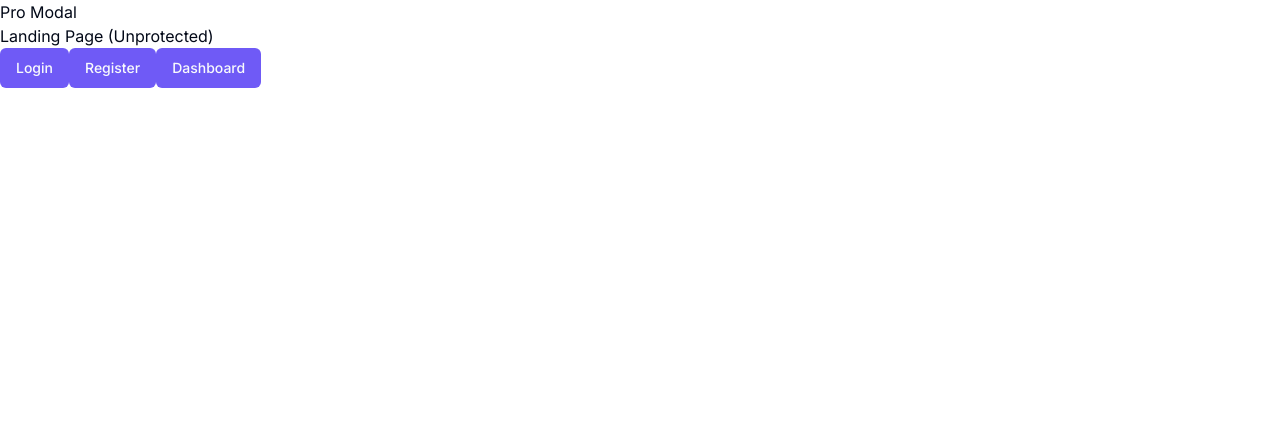
Repository: tathagat22/NeoSynth
Page: /
These files come from the project's save history. The page is drawn as it stood at one moment and after the next save; the edit follows.
The browser window is 1280 px wide. The pictures show the whole page.
The project was rebuilt for these pictures with package versions that can differ from the ones it lists, and the page was loaded fresh each time. Some packages were replaced by stand-ins written for this rebuild. The framework's server and built-in components were replaced by stand-ins that run in the browser. Also part of the build but not shown: next.config.js.

Above is the page before, as saved 2023-09-03 19:12:49.

After the next save:
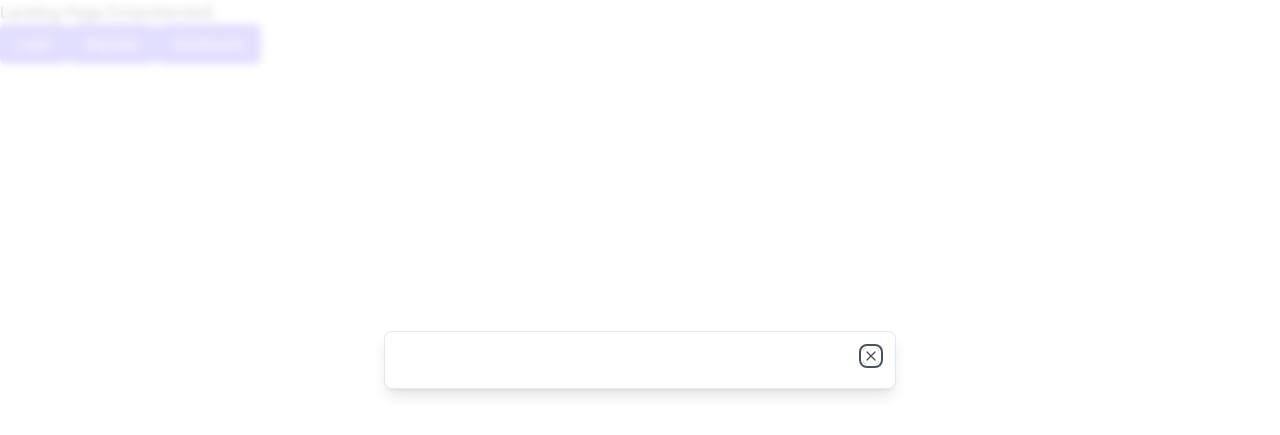
Saved 2 min 20 s later.
--- a/components/pro-modal.tsx
+++ b/components/pro-modal.tsx
@@ -1,9 +1,17 @@
 "use client";
+
+import { Dialog, DialogContent, DialogHeader, DialogTitle } from "./ui/dialog";
 
 export const ProModal = () => {
     return(
-        <div>
-            Pro Modal
-        </div>
+        <Dialog open>
+            <DialogContent>
+                <DialogHeader>
+                    <DialogTitle className="flex justify center items-center flex-col gap-y-4 pb-2">
+
+                    </DialogTitle>
+                </DialogHeader>
+            </DialogContent>
+        </Dialog>
     );
 }
